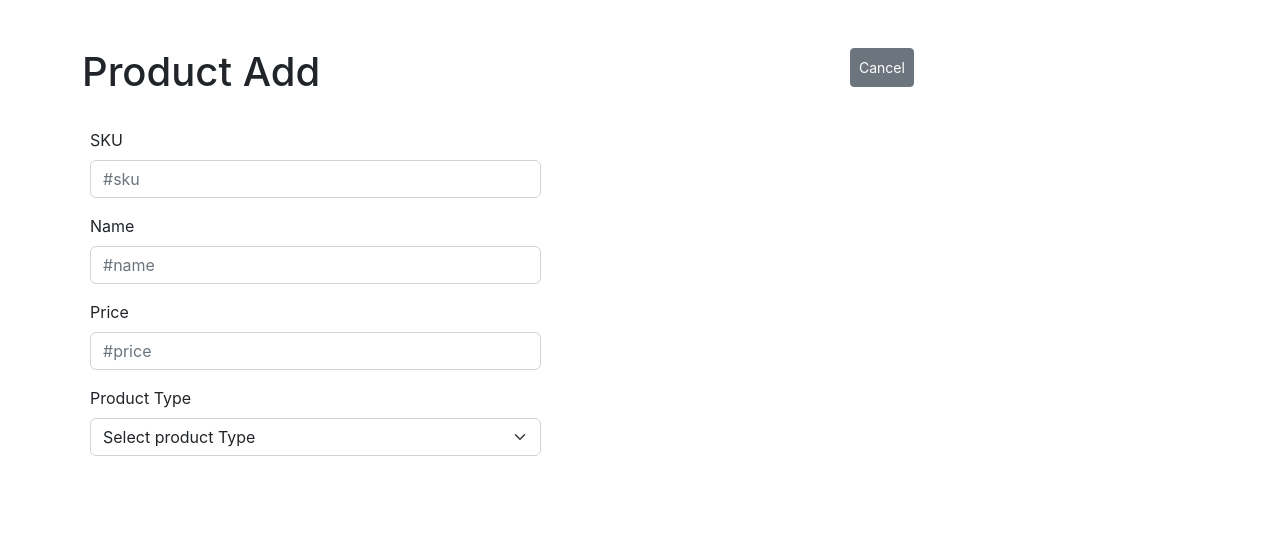
Repository: MagdyAbouelnasr/scandiweb_project
Page: /addproduct
The author's editor kept a copy of each file at every save. The page is drawn from the files as they stood at one save, then again after a run of saves.
The browser window is 1280 px wide. The pictures show the whole page.
The project was rebuilt for these pictures with package versions that can differ from the ones it lists, and the page was loaded fresh each time. Also part of the build but not shown: src/App.css, src/components/Product/Product-style.scss, src/components/Product/Product.css, src/components/Product/Product.jsx, src/components/Pages/ProductList.jsx, src/components/ProductAdd/Book.component.jsx, src/components/ProductAdd/DVD.component.jsx, src/components/ProductAdd/Furniture.component.jsx and 1 more.

Above is the page before, as saved 2023-05-05 20:05:09.

After the next 2 saves:
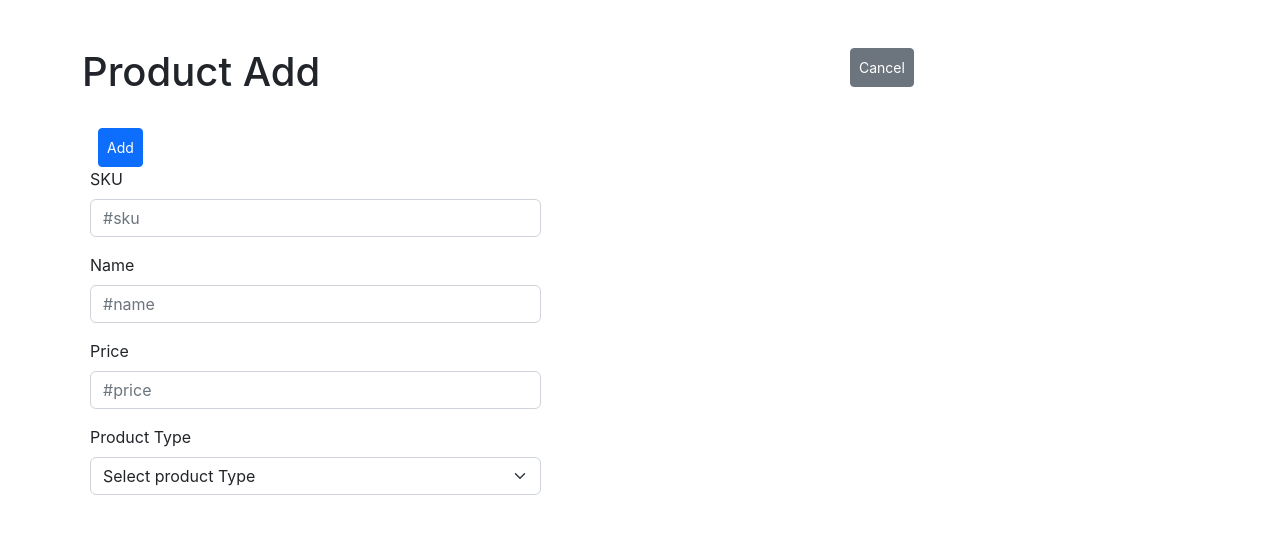
The 2 saves are shown as one change because they came seconds apart.
The last was saved 8 s later.
--- a/src/components/Pages/ProductAdd.jsx
+++ b/src/components/Pages/ProductAdd.jsx
@@ -39,6 +39,9 @@ function ProductAdd() {
 
     <div className="col-md-5 mx-2">
     <Form controlId="product_form" onSubmit={handleSubmit}>
+         <Button  type="submit" className='p-2 ms-2' variant="primary" size="sm">
+          Add
+        </Button>
       <Form.Group className="mb-3 mx-left" controlId="productInputSKU">
         <Form.Label>SKU</Form.Label>
         <Form.Control type="text" name="sku" placeholder="#sku" onChange={handleChange} />
